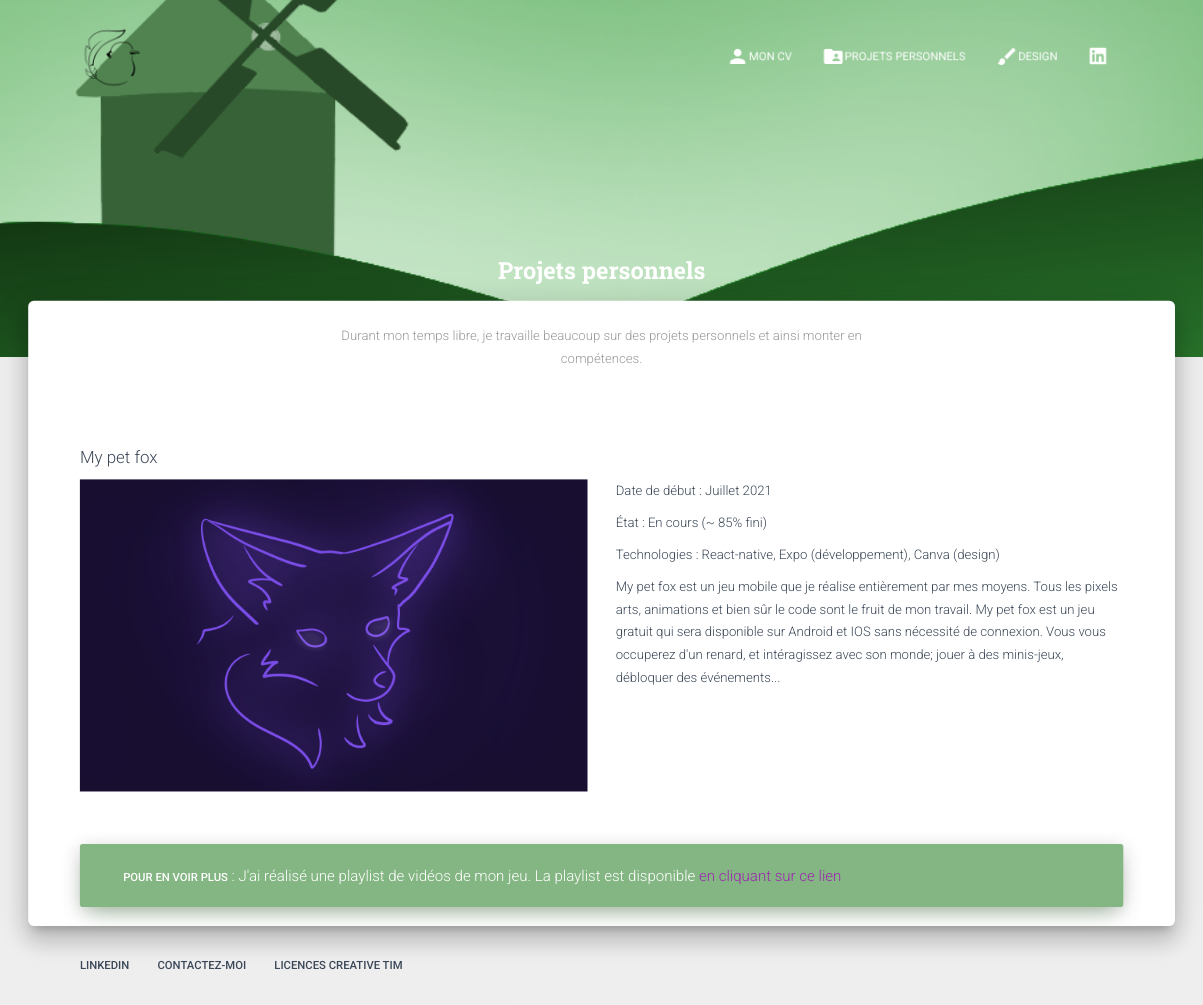
Repository: sdeschaepmeester/NewPortfolio
Page: /#/projects
The author's editor kept a copy of each file at every save. The page is drawn from the files as they stood at one save, then again after the next save.
The browser window is 1280 px wide. The pictures show the whole page, at 94% of full size.
Some web libraries are served in a nearby version. The project was rebuilt for these pictures with package versions that can differ from the ones it lists, and the page was loaded fresh each time. Also part of the build but not shown: vue.config.js, src/views/components/APropos.vue, src/views/components/NavigationSection.vue, src/views/components/SmallNavigationSection.vue, src/components/Dropdown.vue, src/components/Pagination.vue, src/components/Slider.vue, src/components/Badge.vue and 15 more.

Above is the page before, as saved 2022-07-11 18:43:52.

After the next save:
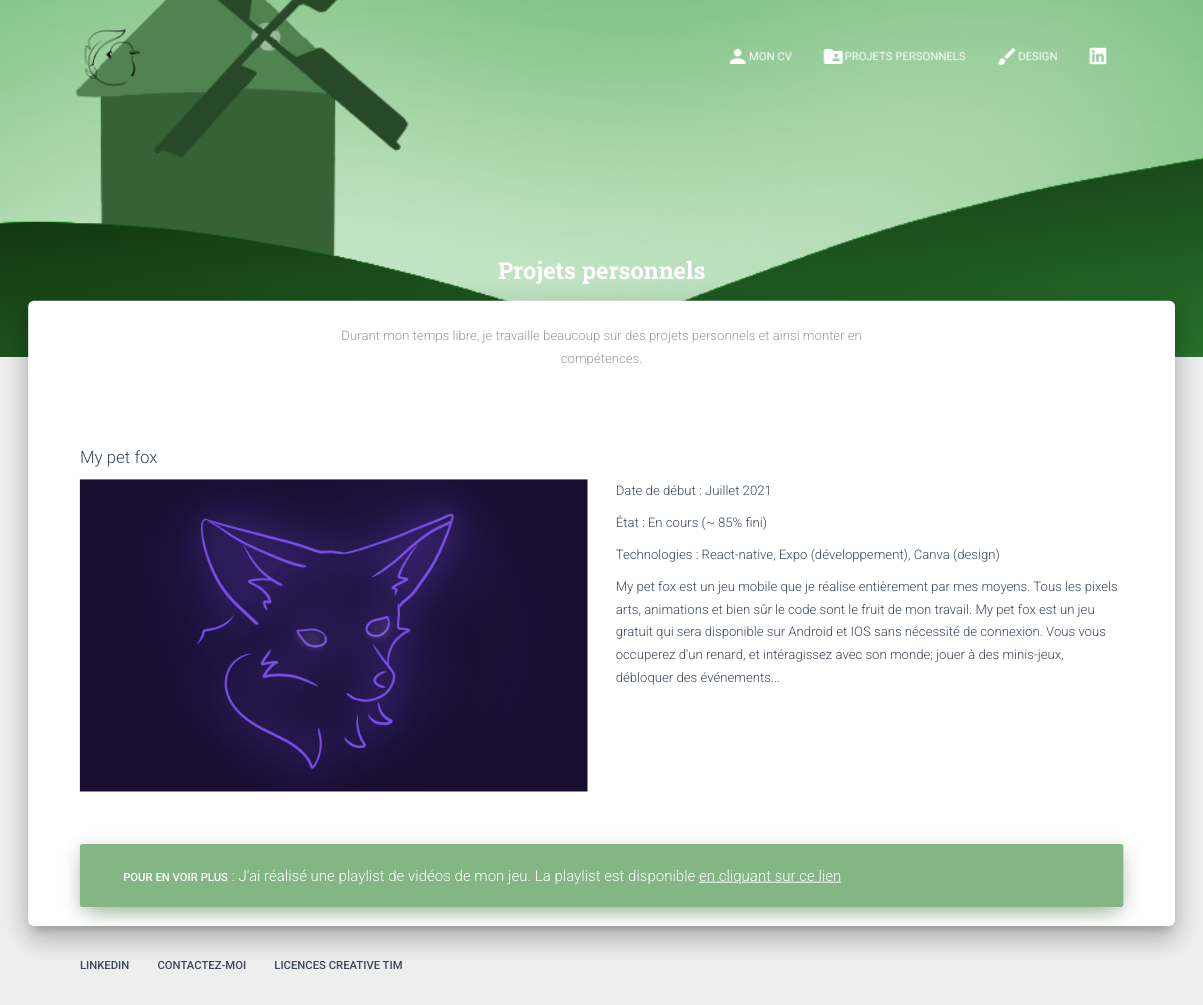
Saved 40 s later.
--- a/src/views/Projects.vue
+++ b/src/views/Projects.vue
@@ -52,7 +52,7 @@
       <div class="alert alert-success" style="marginTop: 5%" >
         <div class="container">
           <b>Pour en voir plus</b> : J'ai réalisé une playlist de vidéos de mon jeu. La playlist
-           est disponible <a href="https://www.youtube.com/watch?v=EwmwHKwsFOw&list=PLVTOiOamTkwKNusnK4w8eav7kWht3L8ZN">en cliquant sur ce lien</a>
+           est disponible <a href="https://www.youtube.com/watch?v=EwmwHKwsFOw&list=PLVTOiOamTkwKNusnK4w8eav7kWht3L8ZN" style="color: white; textDecoration: underline" >en cliquant sur ce lien</a>
         </div>
       </div>
 
